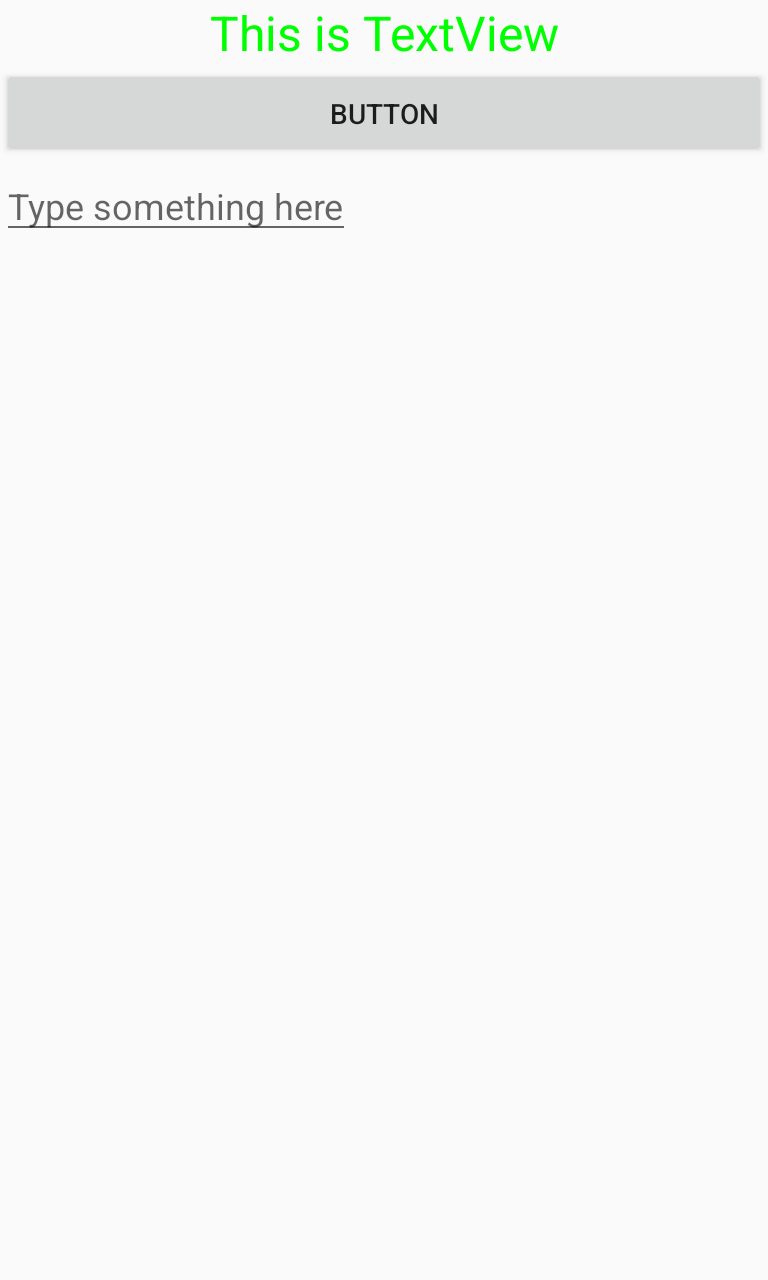
Repository: hohoTT/Android_summarize
Layout: UIWidgeTest/res/layout/activity_main.xml
An editor plug-in stored every save of this project. The layout is shown before and after a run of saves, followed by the edit.
It is drawn on a 768 x 1280 px phone screen (xhdpi) without system bars, with theme AppTheme; the app's code is not run.

Above is the layout before, as saved 2016-02-23 08:45:36.

### UIWidgeTest/res/layout/activity_main.xml
<LinearLayout xmlns:android="http://schemas.android.com/apk/res/android"
    android:layout_width="match_parent"
    android:layout_height="match_parent"
    android:orientation="vertical">

    <TextView
        android:id="@+id/text_view"
        android:layout_width="match_parent"
        android:layout_height="wrap_content"
        android:gravity="center"
        android:textSize="24sp"
        android:textColor="#00ff00"
        android:text="This is TextView" />

    <Button
        android:id="@+id/button"
        android:layout_width="match_parent"
        android:layout_height="wrap_content"
        android:text="Button" />
    <LinearLayout
        android:layout_width="wrap_content"
            android:layout_height="wrap_content"
            android:layout_weight="1"
            android:orientation="vertical" >
    <EditText
        android:id="@+id/edit_text"
        android:layout_width="match_parent"
        android:layout_height="wrap_content"
        android:hint="Type something here" />
</LinearLayout>
</LinearLayout>

Loaded but not shown: UIWidgeTest/res/values/styles.xml (common file); UIWidgeTest/res/values-v11/styles.xml (common file); UIWidgeTest/res/values-v14/styles.xml (common file)

After the next 2 saves:
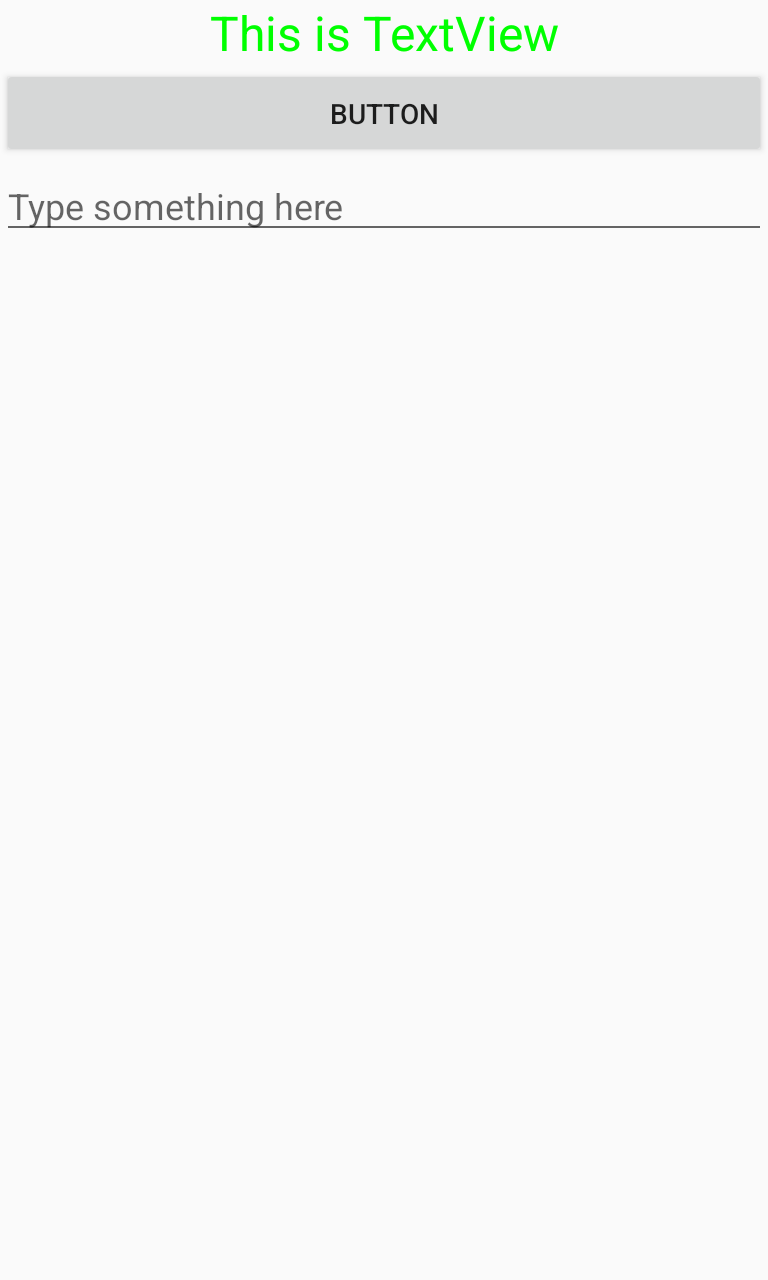
The 2 saves are shown as one change because they came seconds apart.
The last was saved 19 s later.
--- a/UIWidgeTest/res/layout/activity_main.xml
+++ b/UIWidgeTest/res/layout/activity_main.xml
@@ -17,15 +17,11 @@
         android:layout_width="match_parent"
         android:layout_height="wrap_content"
         android:text="Button" />
-    <LinearLayout
-        android:layout_width="wrap_content"
-            android:layout_height="wrap_content"
-            android:layout_weight="1"
-            android:orientation="vertical" >
+
     <EditText
         android:id="@+id/edit_text"
         android:layout_width="match_parent"
         android:layout_height="wrap_content"
         android:hint="Type something here" />
+
 </LinearLayout>
-</LinearLayout>
